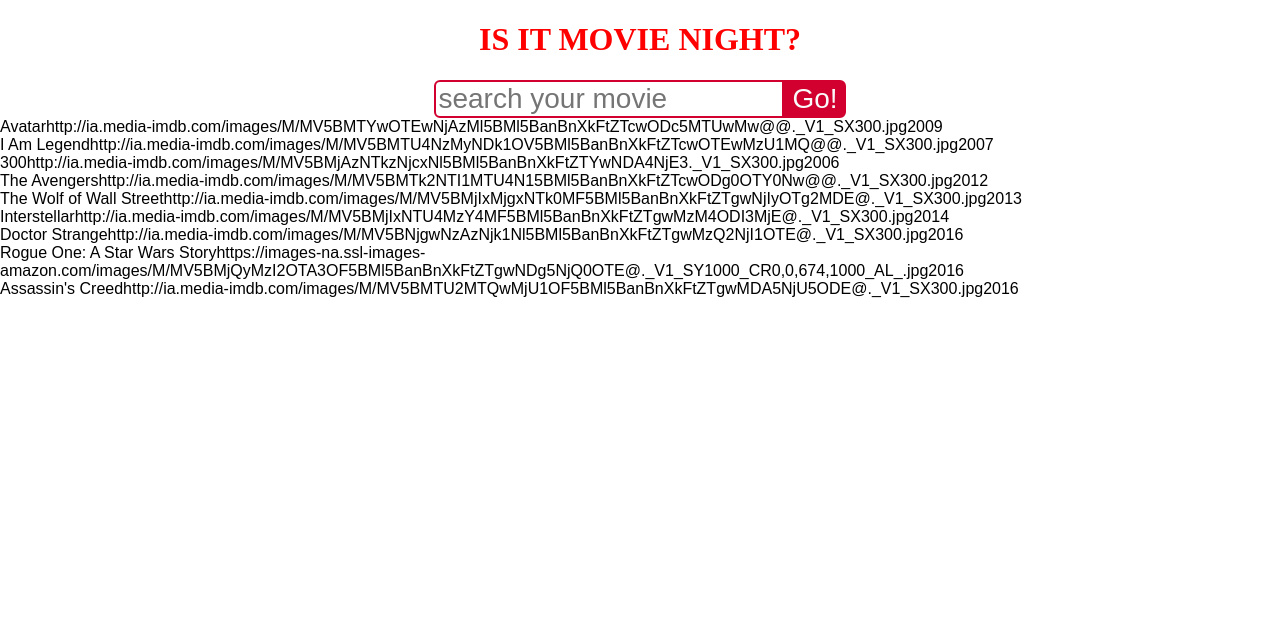
Repository: runner855/movies-app
Page: /
The author's editor kept a copy of each file at every save. The page is drawn from the files as they stood at one save, then again after a run of saves.
The browser window is 1280 px wide. The pictures show the whole page.
The project was rebuilt for these pictures with package versions that can differ from the ones it lists, and the page was loaded fresh each time. Also part of the build but not shown: src/styles/App.css.

Above is the page before, as saved 2021-06-17 18:42:59.

### src/index.js
import React from "react";
import ReactDOM from "react-dom";
import "./styles/index.css";
import App from "./components/App";
import data from "./data/data.json";

ReactDOM.render(
  <React.StrictMode>
    <App data={data} />
  </React.StrictMode>,
  document.getElementById("root")
);

### src/styles/index.css
@font-face {
  font-family: "BebasNeue";
  src: url("../fonts/BebasNeue.otf") format("otf");
}
* {
  box-sizing: border-box;
}

body {
  margin: 0;
  padding: 0;
  font-family: "BebasNeue", sans-serif;
  /* background-color: #000; */
}

### src/components/App.js
import React from "react";
import "../styles/App.css";
import PropTypes from "prop-types";
import Header from "../components/header";
import Search from "../components/Search";
import MovieSummaries from "./MovieSummaries";

const App = ({ data }) => {
  return (
    <div className="Movie">
      <Header />
      <Search />
      <MovieSummaries data={data} />
    </div>
  );
};

export default App;

App.propTypes = {
  movies: PropTypes.arrayOf(
    PropTypes.shape({
      Title: PropTypes.string,
      Poster: PropTypes.any,
      Year: PropTypes.number,
    })
  ),
};

### src/data/data.json
[
  {
    "Title": "Avatar",
    "Year": "2009",
    "Rated": "PG-13",
    "Released": "18 Dec 2009",
    "Runtime": "162 min",
    "Genre": "Action, Adventure, Fantasy",
    "Director": "James Cameron",
    "Writer": "James Cameron",
    "Actors": "Sam Worthington, Zoe Saldana, Sigourney Weaver, Stephen Lang",
    "Plot": "A paraplegic marine dispatched to the moon Pandora on a unique mission becomes torn between following his orders and protecting the world he feels is his home.",
    "Language": "English, Spanish",
    "Country": "USA, UK",
    "Awards": "Won 3 Oscars. Another 80 wins & 121 nominations.",
    "Poster": "http://ia.media-imdb.com/images/M/MV5BMTYwOTEwNjAzMl5BMl5BanBnXkFtZTcwODc5MTUwMw@@._V1_SX300.jpg",
    "Metascore": "83",
    "imdbRating": "7.9",
    "imdbVotes": "890,617",
    "imdbID": "tt0499549",
    "Type": "movie",
    "Response": "True",
    "Images": [
      "https://images-na.ssl-images-amazon.com/images/M/MV5BMjEyOTYyMzUxNl5BMl5BanBnXkFtZTcwNTg0MTUzNA@@._V1_SX1500_CR0,0,1500,999_AL_.jpg",
      "https://images-na.ssl-images-amazon.com/images/M/MV5BNzM2MDk3MTcyMV5BMl5BanBnXkFtZTcwNjg0MTUzNA@@._V1_SX1777_CR0,0,1777,999_AL_.jpg",
      "https://images-na.ssl-images-amazon.com/images/M/MV5BMTY2ODQ3NjMyMl5BMl5BanBnXkFtZTcwODg0MTUzNA@@._V1_SX1777_CR0,0,1777,999_AL_.jpg",
      "https://images-na.ssl-images-amazon.com/images/M/MV5BMTMxOTEwNDcxN15BMl5BanBnXkFtZTcwOTg0MTUzNA@@._V1_SX1777_CR0,0,1777,999_AL_.jpg",
      "https://images-na.ssl-images-amazon.com/images/M/MV5BMTYxMDg1Nzk1MV5BMl5BanBnXkFtZTcwMDk0MTUzNA@@._V1_SX1500_CR0,0,1500,999_AL_.jpg"
    ]
  },
  {
    "Title": "I Am Legend",
    "Year": "2007",
    "Rated": "PG-13",
    "Released": "14 Dec 2007",
    "Runtime": "101 min",
    "Genre": "Drama, Horror, Sci-Fi",
    "Director": "Francis Lawrence",
    "Writer": "Mark Protosevich (screenplay), Akiva Goldsman (screenplay), Richard Matheson (novel), John William Corrington, Joyce Hooper Corrington",
    "Actors": "Will Smith, Alice Braga, Charlie Tahan, Salli Richardson-Whitfield",
    "Plot": "Years after a plague kills most of humanity and transforms the rest into monsters, the sole survivor in New York City struggles valiantly to find a cure.",
    "Language": "English",
    "Country": "USA",
    "Awards": "9 wins & 21 nominations.",
    "Poster": "http://ia.media-imdb.com/images/M/MV5BMTU4NzMyNDk1OV5BMl5BanBnXkFtZTcwOTEwMzU1MQ@@._V1_SX300.jpg",
    "Metascore": "65",
    "imdbRating": "7.2",
    "imdbVotes": "533,874",
    "imdbID": "tt0480249",
    "Type": "movie",
    "Response": "True",
    "Images": [
      "https://images-na.ssl-images-amazon.com/images/M/MV5BMTI0NTI4NjE3NV5BMl5BanBnXkFtZTYwMDA0Nzc4._V1_.jpg",
      "https://images-na.ssl-images-amazon.com/images/M/MV5BMTIwMDg2MDU4M15BMl5BanBnXkFtZTYwMTA0Nzc4._V1_.jpg",
      "https://images-na.ssl-images-amazon.com/images/M/MV5BMTc5MDM1OTU5OV5BMl5BanBnXkFtZTYwMjA0Nzc4._V1_.jpg",
      "https://images-na.ssl-images-amazon.com/images/M/MV5BMTA0MTI2NjMzMzFeQTJeQWpwZ15BbWU2MDMwNDc3OA@@._V1_.jpg"
    ]
  },
  {
    "Title": "300",
    "Year": "2006",
    "Rated": "R",
    "Released": "09 Mar 2007",
    "Runtime": "117 min",
    "Genre": "Action, Drama, Fantasy",
    "Director": "Zack Snyder",
    "Writer": "Zack Snyder (screenplay), Kurt Johnstad (screenplay), Michael Gordon (screenplay), Frank Miller (graphic novel), Lynn Varley (graphic novel)",
    "Actors": "Gerard Butler, Lena Headey, Dominic West, David Wenham",
    "Plot": "King Leonidas of Sparta and a force of 300 men fight the Persians at Thermopylae in 480 B.C.",
    "Language": "English",
    "Country": "USA",
    "Awards": "16 wins & 42 nominations.",
    "Poster": "http://ia.media-imdb.com/images/M/MV5BMjAzNTkzNjcxNl5BMl5BanBnXkFtZTYwNDA4NjE3._V1_SX300.jpg",
    "Metascore": "52",
    "imdbRating": "7.7",
    "imdbVotes": "611,046",
    "imdbID": "tt0416449",
    "Type": "movie",
    "Response": "True",
    "Images": [
      "https://images-na.ssl-images-amazon.com/images/M/MV5BMTMwNTg5MzMwMV5BMl5BanBnXkFtZTcwMzA2NTIyMw@@._V1_SX1777_CR0,0,1777,937_AL_.jpg",
      "https://images-na.ssl-images-amazon.com/images/M/MV5BMTQwNTgyNTMzNF5BMl5BanBnXkFtZTcwNDA2NTIyMw@@._V1_SX1777_CR0,0,1777,935_AL_.jpg",
      "https://images-na.ssl-images-amazon.com/images/M/MV5BMTc0MjQzOTEwMV5BMl5BanBnXkFtZTcwMzE2NTIyMw@@._V1_SX1777_CR0,0,1777,947_AL_.jpg"
    ]
  },
  {
    "Title": "The Avengers",
    "Year": "2012",
    "Rated": "PG-13",
    "Released": "04 May 2012",
    "Runtime": "143 min",
    "Genre": "Action, Sci-Fi, Thriller",
    "Director": "Joss Whedon",
    "Writer": "Joss Whedon (screenplay), Zak Penn (story), Joss Whedon (story)",
    "Actors": "Robert Downey Jr., Chris Evans, Mark Ruffalo, Chris Hemsworth",
    "Plot": "Earth's mightiest heroes must come together and learn to fight as a team if they are to stop the mischievous Loki and his alien army from enslaving humanity.",
    "Language": "English, Russian",
    "Country": "USA",
    "Awards": "Nominated for 1 Oscar. Another 34 wins & 75 nominations.",
    "Poster": "http://ia.media-imdb.com/images/M/MV5BMTk2NTI1MTU4N15BMl5BanBnXkFtZTcwODg0OTY0Nw@@._V1_SX300.jpg",
    "Metascore": "69",
    "imdbRating": "8.1",
    "imdbVotes": "1,003,301",
    "imdbID": "tt0848228",
    "Type": "movie",
    "Response": "True",
    "Images": [
      "https://images-na.ssl-images-amazon.com/images/M/MV5BMTA0NjY0NzE4OTReQTJeQWpwZ15BbWU3MDczODg2Nzc@._V1_SX1777_CR0,0,1777,999_AL_.jpg",
      "https://images-na.ssl-images-amazon.com/images/M/MV5BMjE1MzEzMjcyM15BMl5BanBnXkFtZTcwNDM4ODY3Nw@@._V1_SX1777_CR0,0,1777,999_AL_.jpg",
      "https://images-na.ssl-images-amazon.com/images/M/MV5BMjMwMzM2MTg1M15BMl5BanBnXkFtZTcwNjM4ODY3Nw@@._V1_SX1777_CR0,0,1777,999_AL_.jpg",
      "https://images-na.ssl-images-amazon.com/images/M/MV5BMTQ4NzM2Mjc5MV5BMl5BanBnXkFtZTcwMTkwOTY3Nw@@._V1_SX1777_CR0,0,1777,999_AL_.jpg",
      "https://images-na.ssl-images-amazon.com/images/M/MV5BMTc3MzQ3NjA5N15BMl5BanBnXkFtZTcwMzY5OTY3Nw@@._V1_SX1777_CR0,0,1777,999_AL_.jpg"
    ]
  },
  {
    "Title": "The Wolf of Wall Street",
    "Year": "2013",
    "Rated": "R",
    "Released": "25 Dec 2013",
    "Runtime": "180 min",
    "Genre": "Biography, Comedy, Crime",
    "Director": "Martin Scorsese",
    "Writer": "Terence Winter (screenplay), Jordan Belfort (book)",
    "Actors": "Leonardo DiCaprio, Jonah Hill, Margot Robbie, Matthew McConaughey",
    "Plot": "Based on the true story of Jordan Belfort, from his rise to a wealthy stock-broker living the high life to his fall involving crime, corruption and the federal government.",
    "Language": "English, French",
    "Country": "USA",
    "Awards": "Nominated for 5 Oscars. Another 35 wins & 154 nominations.",
    "Poster": "http://ia.media-imdb.com/images/M/MV5BMjIxMjgxNTk0MF5BMl5BanBnXkFtZTgwNjIyOTg2MDE@._V1_SX300.jpg",
    "Metascore": "75",
    "imdbRating": "8.2",
    "imdbVotes": "786,985",
    "imdbID": "tt0993846",
    "Type": "movie",
    "Response": "True",
    "Images": [
      "https://images-na.ssl-images-amazon.com/images/M/MV5BNDIwMDIxNzk3Ml5BMl5BanBnXkFtZTgwMTg0MzQ4MDE@._V1_SX1500_CR0,0,1500,999_AL_.jpg",
      "https://images-na.ssl-images-amazon.com/images/M/MV5BMTc0NzAxODAyMl5BMl5BanBnXkFtZTgwMDg0MzQ4MDE@._V1_SX1500_CR0,0,1500,999_AL_.jpg",
      "https://images-na.ssl-images-amazon.com/images/M/MV5BMTExMDk1MDE4NzVeQTJeQWpwZ15BbWU4MDM4NDM0ODAx._V1_SX1500_CR0,0,1500,999_AL_.jpg",
      "https://images-na.ssl-images-amazon.com/images/M/MV5BMTg3MTY4NDk4Nl5BMl5BanBnXkFtZTgwNjc0MzQ4MDE@._V1_SX1500_CR0,0,1500,999_AL_.jpg",
      "https://images-na.ssl-images-amazon.com/images/M/MV5BMTgzMTg4MDI0Ml5BMl5BanBnXkFtZTgwOTY0MzQ4MDE@._V1_SY1000_CR0,0,1553,1000_AL_.jpg"
    ]
  },
  {
    "Title": "Interstellar",
    "Year": "2014",
    "Rated": "PG-13",
    "Released": "07 Nov 2014",
    "Runtime": "169 min",
    "Genre": "Adventure, Drama, Sci-Fi",
    "Director": "Christopher Nolan",
    "Writer": "Jonathan Nolan, Christopher Nolan",
    "Actors": "Ellen Burstyn, Matthew McConaughey, Mackenzie Foy, John Lithgow",
    "Plot": "A team of explorers travel through a wormhole in space in an attempt to ensure humanity's survival.",
    "Language": "English",
    "Country": "USA, UK",
    "Awards": "Won 1 Oscar. Another 39 wins & 134 nominations.",
    "Poster": "http://ia.media-imdb.com/images/M/MV5BMjIxNTU4MzY4MF5BMl5BanBnXkFtZTgwMzM4ODI3MjE@._V1_SX300.jpg",
    "Metascore": "74",
    "imdbRating": "8.6",
    "imdbVotes": "937,412",
    "imdbID": "tt0816692",
    "Type": "movie",
    "Response": "True",
    "Images": [
      "https://images-na.ssl-images-amazon.com/images/M/MV5BMjA3NTEwOTMxMV5BMl5BanBnXkFtZTgwMjMyODgxMzE@._V1_SX1500_CR0,0,1500,999_AL_.jpg",
      "https://images-na.ssl-images-amazon.com/images/M/MV5BMzQ5ODE2MzEwM15BMl5BanBnXkFtZTgwMTMyODgxMzE@._V1_SX1500_CR0,0,1500,999_AL_.jpg",
      "https://images-na.ssl-images-amazon.com/images/M/MV5BMTg4Njk4MzY0Nl5BMl5BanBnXkFtZTgwMzIyODgxMzE@._V1_SX1500_CR0,0,1500,999_AL_.jpg",
      "https://images-na.ssl-images-amazon.com/images/M/MV5BMzE3MTM0MTc3Ml5BMl5BanBnXkFtZTgwMDIyODgxMzE@._V1_SX1500_CR0,0,1500,999_AL_.jpg",
      "https://images-na.ssl-images-amazon.com/images/M/MV5BNjYzNjE2NDk3N15BMl5BanBnXkFtZTgwNzEyODgxMzE@._V1_SX1500_CR0,0,1500,999_AL_.jpg"
    ]
  },
  {
    "ComingSoon": true,
    "Title": "Doctor Strange",
    "Year": "2016",
    "Rated": "N/A",
    "Released": "04 Nov 2016",
    "Runtime": "N/A",
    "Genre": "Action, Adventure, Fantasy",
    "Director": "Scott Derrickson",
    "Writer": "Scott Derrickson (screenplay), C. Robert Cargill (screenplay), Jon Spaihts (story by), Scott Derrickson (story by), C. Robert Cargill (story by), Steve Ditko (comic book)",
    "Actors": "Rachel McAdams, Benedict Cumberbatch, Mads Mikkelsen, Tilda Swinton",
    "Plot": "After his career is destroyed, a brilliant but arrogant and conceited surgeon gets a new lease on life when a sorcerer takes him under her wing and trains him to defend the world against evil.",
    "Language": "English",
    "Country": "USA",
    "Awards": "N/A",
    "Poster": "http://ia.media-imdb.com/images/M/MV5BNjgwNzAzNjk1Nl5BMl5BanBnXkFtZTgwMzQ2NjI1OTE@._V1_SX300.jpg",
    "Metascore": "N/A",
    "imdbRating": "N/A",
    "imdbVotes": "N/A",
    "imdbID": "tt1211837",
    "Type": "movie",
    "Response": "True",
    "Images": [
      "https://images-na.ssl-images-amazon.com/images/M/MV5BMjM3ODc1ODI5Ml5BMl5BanBnXkFtZTgwODMzMDY3OTE@._V1_.jpg",
      "https://images-na.ssl-images-amazon.com/images/M/MV5BMTgxNTAyNTU0NV5BMl5BanBnXkFtZTgwNzMzMDY3OTE@._V1_.jpg",
      "https://images-na.ssl-images-amazon.com/images/M/MV5BMjE5NDc5NzUwNV5BMl5BanBnXkFtZTgwMDM3MDM2NzE@._V1_.jpg"
    ]
  },
  {
    "ComingSoon": true,
    "Title": "Rogue One: A Star Wars Story",
    "Year": "2016",
    "Rated": "N/A",
    "Released": "16 Dec 2016",
    "Runtime": "N/A",
    "Genre": "Action, Adventure, Sci-Fi",
    "Director": "Gareth Edwards",
    "Writer": "Chris Weitz (screenplay), Tony Gilroy (screenplay), John Knoll (story), Gary Whitta (story), George Lucas (characters)",
    "Actors": "Felicity Jones, Riz Ahmed, Mads Mikkelsen, Ben Mendelsohn",
    "Plot": "The Rebellion makes a risky move to steal the plans to the Death Star, setting up the epic saga to follow.",
    "Language": "English",
    "Country": "USA",
    "Awards": "1 nomination.",
    "Poster": "https://images-na.ssl-images-amazon.com/images/M/MV5BMjQyMzI2OTA3OF5BMl5BanBnXkFtZTgwNDg5NjQ0OTE@._V1_SY1000_CR0,0,674,1000_AL_.jpg",
    "Metascore": "N/A",
    "imdbRating": "N/A",
    "imdbVotes": "N/A",
    "imdbID": "tt3748528",
    "Type": "movie",
    "Response": "True",
    "Images": [
      "https://images-na.ssl-images-amazon.com/images/M/MV5BMjE3MzA4Nzk3NV5BMl5BanBnXkFtZTgwNjAxMTc1ODE@._V1_SX1777_CR0,0,1777,744_AL_.jpg",
      "https://images-na.ssl-images-amazon.com/images/M/MV5BNDMxMTQzMjQxM15BMl5BanBnXkFtZTgwNzAxMTc1ODE@._V1_SX1777_CR0,0,1777,744_AL_.jpg",
      "https://images-na.ssl-images-amazon.com/images/M/MV5BMTUyNjkxOTk5NV5BMl5BanBnXkFtZTgwODAxMTc1ODE@._V1_SX1777_CR0,0,1777,744_AL_.jpg",
      "https://images-na.ssl-images-amazon.com/images/M/MV5BNjM4MzExNDAyNl5BMl5BanBnXkFtZTgwOTAxMTc1ODE@._V1_SX1777_CR0,0,1777,744_AL_.jpg",
      "https://images-na.ssl-images-amazon.com/images/M/MV5BMjE3NTgxMDcyNV5BMl5BanBnXkFtZTgwMDExMTc1ODE@._V1_SX1777_CR0,0,1777,744_AL_.jpg"
    ]
  },
  {
    "ComingSoon": true,
    "Title": "Assassin's Creed",
    "Year": "2016",
    "Rated": "N/A",
    "Released": "21 Dec 2016",
    "Runtime": "N/A",
    "Genre": "Action, Adventure, Fantasy",
    "Director": "Justin Kurzel",
    "Writer": "Bill Collage (screenplay), Adam Cooper (screenplay), Michael Lesslie (screenplay)",
    "Actors": "Michael Fassbender, Michael Kenneth Williams, Marion Cotillard, Jeremy Irons",
    "Plot": "When Callum Lynch explores the memories of his ancestor Aguilar and gains the skills of a Master Assassin, he discovers he is a descendant of the secret Assassins society.",
    "Language": "English",
    "Country": "UK, France, USA, Hong Kong",
    "Awards": "N/A",
    "Poster": "http://ia.media-imdb.com/images/M/MV5BMTU2MTQwMjU1OF5BMl5BanBnXkFtZTgwMDA5NjU5ODE@._V1_SX300.jpg",
    "Metascore": "N/A",
    "imdbRating": "N/A",
    "imdbVotes": "N/A",
    "imdbID": "tt2094766",
    "Type": "movie",
    "Response": "True",
    "Images": [
      "https://images-na.ssl-images-amazon.com/images/M/MV5BN2EyYzgyOWEtNTY2NS00NjRjLWJiNDYtMWViMjg5MWZjYjgzXkEyXkFqcGdeQXVyNjUwNzk3NDc@._V1_.jpg",
      "https://images-na.ssl-images-amazon.com/images/M/MV5BMTYwOWYzOTctOTc4My00ZmJkLTgzMTctMmUxNDI5ODQzYzNjXkEyXkFqcGdeQXVyNDAyODU1Njc@._V1_SX1500_CR0,0,1500,999_AL_.jpg",
      "https://images-na.ssl-images-amazon.com/images/M/MV5BZTY5ZGUxMTAtYTU0OC00NGQ2LTkzNzgtZGZmNjlmNjY3MGU0XkEyXkFqcGdeQXVyNTY0MTkxMTg@._V1_SY1000_CR0,0,1500,1000_AL_.jpg",
      "https://images-na.ssl-images-amazon.com/images/M/MV5BZjA0MWYwZTEtYzc5Yi00NGM2LTg1YTctNjY2YzQ0NDJhZDAwXkEyXkFqcGdeQXVyNDAyODU1Njc@._V1_SY1000_CR0,0,1499,1000_AL_.jpg"
    ]
  }
]

### src/components/header.js
import React from "react";
import "../styles/header.css";

const header = () => {
  return (
    <>
      <h1>IS IT MOVIE NIGHT?</h1>
    </>
  );
};

export default header;

### src/components/Search.js
import React from "react";
import "../styles/Search.css";

const Search = () => {
  return (
    <>
      <form className="search-form">
        <input
          placeholder="search your movie"
          className="search-input"
          type="text"
        />
        <button className="search-btn" type="submit">
          Go!
        </button>
      </form>
    </>
  );
};

export default Search;

### src/components/MovieSummaries.js
import React from "react";
import PropTypes from "prop-types";
import data from "../data/data.json";
import MovieSummary from "../components/MovieSummary";

const MovieSummaries = () => {
  return (
    <>
      <div className="MovieSummaries_container">
        {data.map((data, key) => {
          return (
            <div key={key}>
              {data.Title}
              {data.Poster}
              {data.Year}
            </div>
          );
        })}
      </div>
    </>
  );
};

export default MovieSummaries;

MovieSummaries.propTypes = {
  data: PropTypes.arrayOf(
    PropTypes.shape({
      Title: PropTypes.string.isRequired,
      Poster: PropTypes.any.isRequired,
      Year: PropTypes.number.isRequired,
    })
  ),
};

### src/styles/header.css
h1 {
  font-family: "BebasNeue";
  color: red;
  font-weight: bold;
  text-align: center;
}

### src/styles/Search.css
.App {
  display: flex;
  flex-direction: column;
}

.app-ui {
  display: grid;
  grid-template-columns: repeat(auto-fit, min-max(384px, 2fr));
  grid-gap: 16px;
}

.search-input {
  width: 350px;
  background: #fff;
  border: 2px solid #d1002e;
  font-size: 28px;
  display: inline-block;
  outline: none;
  border-radius: 6px 0 0 6px;
}

.search-input {
  grid-column-start: 1;
  grid-column-end: -1;
}

.search-input input {
  width: 100%;
  box-sizing: border-box;
  justify-content: center;
}

.search-form {
  display: flex;
  flex-direction: row;
  justify-content: center;
  text-decoration: none;
}

.search-btn {
  position: relative;
  border: 2px solid #d1002e;
  background-color: #d1002e;
  color: #fafafa;
  font-size: 28px;
  display: inline-block;
  outline: none;
  border-radius: 0 6px 6px 0;
}

### src/components/MovieSummary.js
import React from "react";

const MovieSummary = (props) => {
  const { Title, Poster, Year } = props;

  return (
    <div className="Movie-summary">
      <div className="Movie-summary_title">{Title}</div>
      <div className="Movie-summary_Poster">{Poster}</div>
      <div className="Movie-summary_year">{Year}</div>
    </div>
  );
};

export default MovieSummary;

Loaded but not shown: public/index.html (common file)

After the next 3 saves:
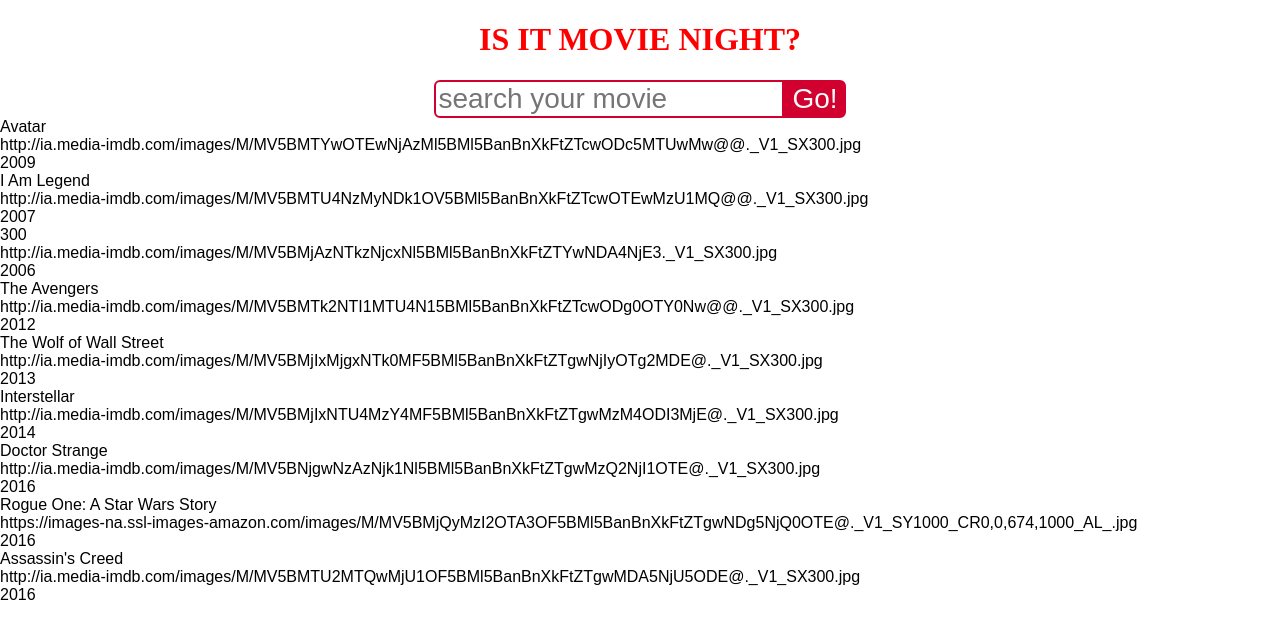
The 3 saves are shown as one change because 2 did not build or start.
The last was saved 5 min 36 s later.
--- a/src/components/MovieSummaries.js
+++ b/src/components/MovieSummaries.js
@@ -3,17 +3,17 @@
 import data from "../data/data.json";
 import MovieSummary from "../components/MovieSummary";
 
-const MovieSummaries = () => {
+const MovieSummaries = ({ data }) => {
   return (
     <>
       <div className="MovieSummaries_container">
         {data.map((data, key) => {
           return (
-            <div key={key}>
-              {data.Title}
-              {data.Poster}
-              {data.Year}
-            </div>
+            <MovieSummary
+              Title={data.Title}
+              Poster={data.Poster}
+              Year={data.Year}
+            />
           );
         })}
       </div>
